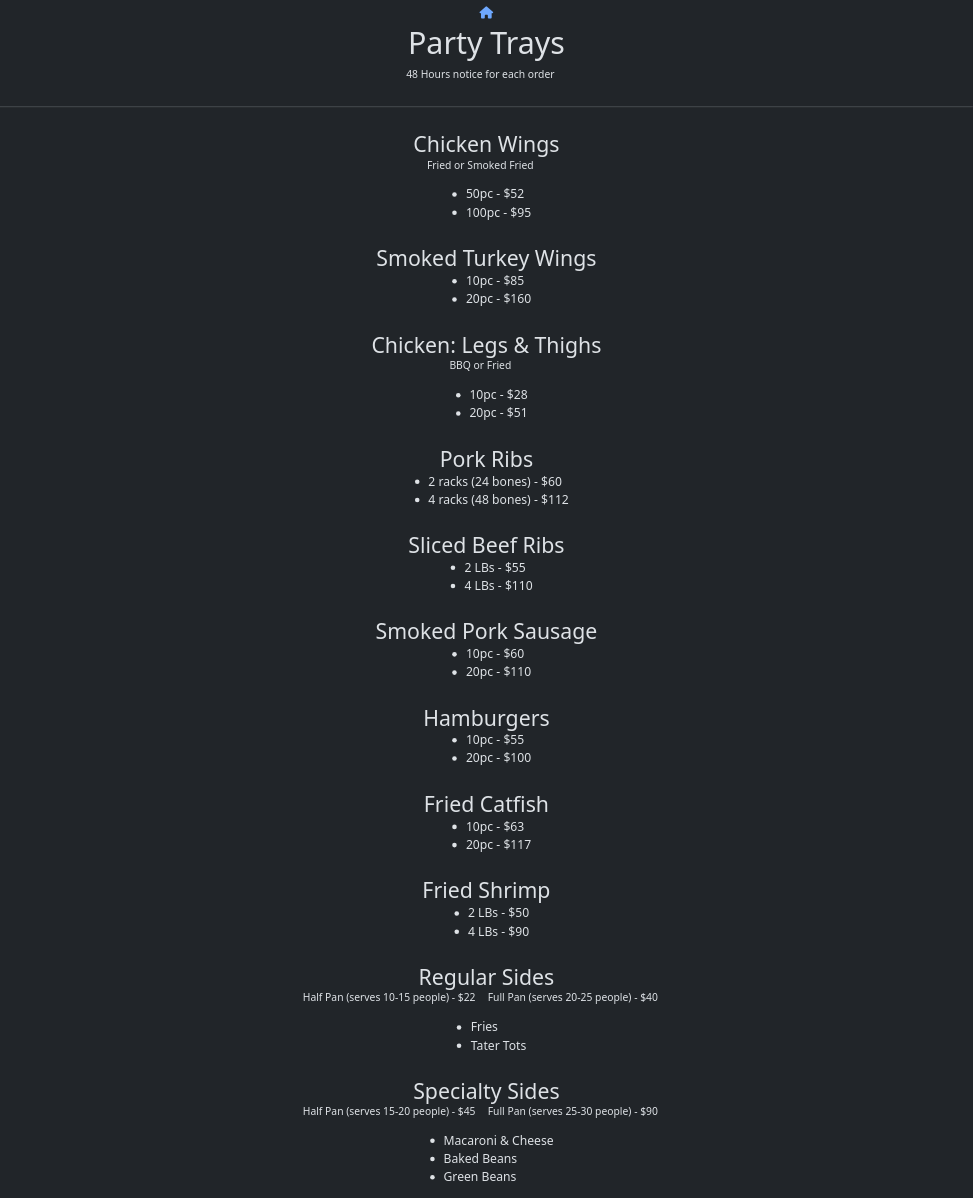
Repository: dukedward/smokehousemenu
Page: trays/index.html
These files come from the project's save history. The page is drawn as it stood at one moment and after the next save; the edit follows.
The browser window is 1280 px wide. The pictures show the whole page, at 76% of full size.
Some web libraries are served in a nearby version.

Above is the page before, as saved 2023-03-13 12:42:21.

After the next save:
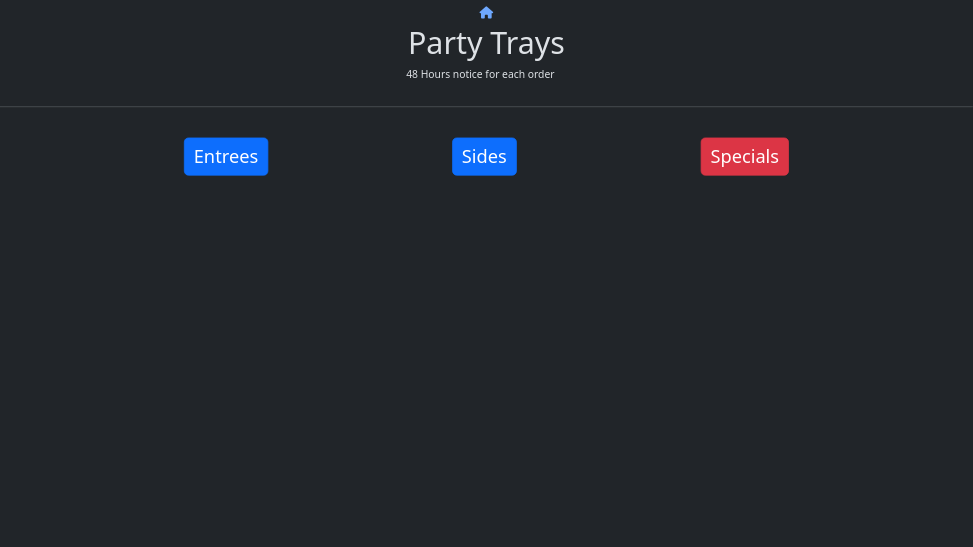
Saved 105 s later.
--- a/trays/index.html
+++ b/trays/index.html
@@ -19,100 +19,18 @@
         <p>48 Hours notice for each order</p>
     </div>
     <hr>
-    <div class="sections">
-        <div class="sect">
-            <h3>Chicken Wings</h3>
-            <div class="desc">
-                <p>Fried or Smoked Fried</p>
-            </div>
-            <ul>
-                <li>50pc - $52</li>
-                <li>100pc - $95</li>
-            </ul>
-        </div>
-        <div class="sect">
-            <h3>Smoked Turkey Wings</h3>
-            <ul>
-                <li>10pc - $85</li>
-                <li>20pc - $160</li>
-            </ul>
-        </div>
-        <div class="sect">
-            <h3>Chicken: Legs & Thighs</h3>
-            <div class="desc">
-                <p>BBQ or Fried</p>
-            </div>
-            <ul>
-                <li>10pc - $28</li>
-                <li>20pc - $51</li>
-            </ul>
-        </div>
-        <div class="sect">
-            <h3>Pork Ribs</h3>
-            <ul>
-                <li>2 racks (24 bones) - $60</li>
-                <li>4 racks (48 bones) - $112</li>
-            </ul>
-        </div>
-        <div class="sect">
-            <h3>Sliced Beef Ribs</h3>
-            <ul>
-                <li>2 LBs - $55</li>
-                <li>4 LBs - $110</li>
-            </ul>
-        </div>
-        <div class="sect">
-            <h3>Smoked Pork Sausage</h3>
-            <ul>
-                <li>10pc - $60</li>
-                <li>20pc - $110</li>
-            </ul>
-        </div>
-        <div class="sect">
-            <h3>Hamburgers</h3>
-            <ul>
-                <li>10pc - $55</li>
-                <li>20pc - $100</li>
-            </ul>
-        </div>
-        <div class="sect">
-            <h3>Fried Catfish</h3>
-            <ul>
-                <li>10pc - $63</li>
-                <li>20pc - $117</li>
-            </ul>
-        </div>
-        <div class="sect">
-            <h3>Fried Shrimp</h3>
-            <ul>
-                <li>2 LBs - $50</li>
-                <li>4 LBs - $90</li>
-            </ul>
-        </div>
-        <div class="sect">
-            <h3>Regular Sides</h3>
-            <div class="desc">
-                <p>Half Pan (serves 10-15 people) - $22</p>
-                <p>Full Pan (serves 20-25 people) - $40</p>
-            </div>
-            <ul>
-                <li>Fries</li>
-                <li>Tater Tots</li>
-            </ul>
-        </div>
-        <div class="sect">
-            <h3>Specialty Sides</h3>
-            <div class="desc">
-                <p>Half Pan (serves 15-20 people) - $45</p>
-                <p>Full Pan (serves 25-30 people) - $90</p>
-            </div>
-            <ul>
-                <li>Macaroni & Cheese</li>
-                <li>Baked Beans</li>
-                <li>Green Beans</li>
-            </ul>
-        </div>
+    <div class="food-nav">
+        <button class="btn btn-primary btnReal">
+            <span>Entrees</span>
+        </button>
+        <button class="btn btn-primary btnReal">
+            <span>Sides</span>
+        </button>
+        <button class="btn btn-danger btnReal">
+            <span>Specials</span>
+        </button>
     </div>
+    <div class="sections"></div>
     <script src="https://cdn.jsdelivr.net/npm/bootstrap@5.3.0-alpha1/dist/js/bootstrap.bundle.min.js" integrity="sha384-w76AqPfDkMBDXo30jS1Sgez6pr3x5MlQ1ZAGC+nuZB+EYdgRZgiwxhTBTkF7CXvN" crossorigin="anonymous"></script>
 </body>
 </html>
